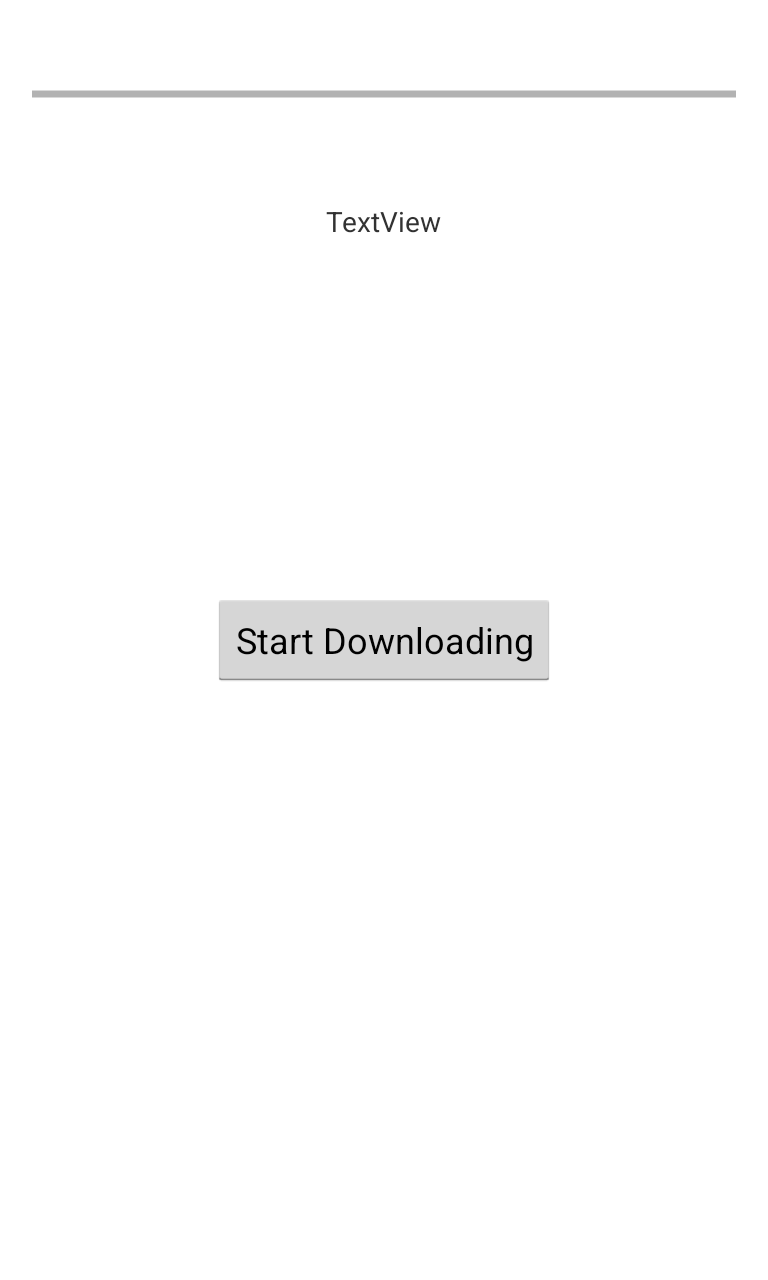
Repository: amittttt/Android-HP
Layout: SeekBarAssgnmnt/res/layout/activity_main.xml
The author's editor kept a copy of each file at every save. The layout is drawn from the files as they stood at one save, then again after the next save.
It is drawn on a 768 x 1280 px phone screen (xhdpi) without system bars, with theme AppTheme; the app's code is not run.

Above is the layout before, as saved 2016-05-13 16:31:09.

After the next save:
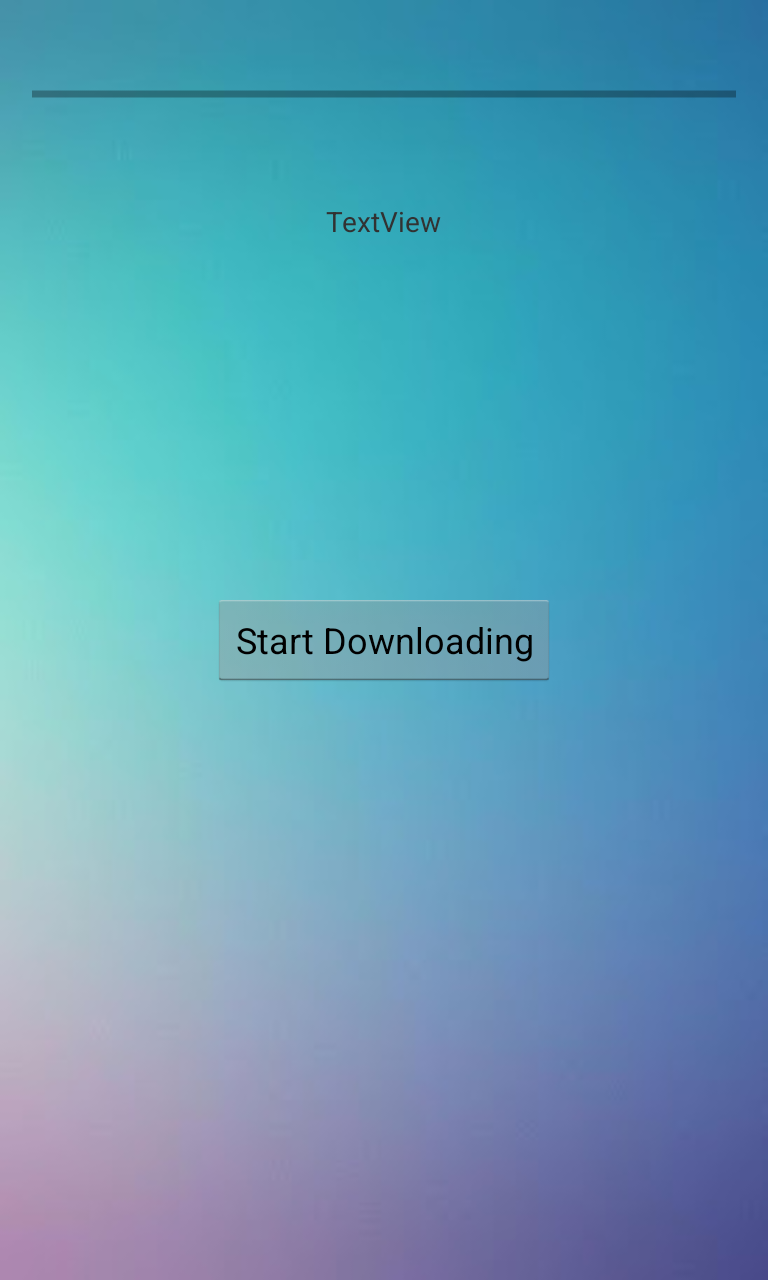
Saved 2 min 43 s later.
--- a/SeekBarAssgnmnt/res/layout/activity_main.xml
+++ b/SeekBarAssgnmnt/res/layout/activity_main.xml
@@ -6,7 +6,8 @@
     android:paddingLeft="@dimen/activity_horizontal_margin"
     android:paddingRight="@dimen/activity_horizontal_margin"
     android:paddingTop="@dimen/activity_vertical_margin"
-    tools:context=".MainActivity" >
+    tools:context=".MainActivity"
+    android:background="@drawable/back" >
 
     <ProgressBar
         android:id="@+id/progressBar1"
